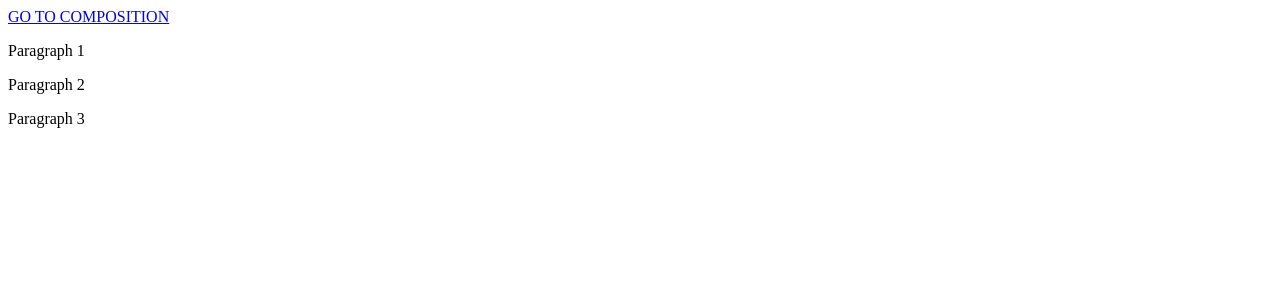
Repository: steil881/steil881.github.io
Page: composition/index.html
The author's editor kept a record of every edit. The page is drawn from the files as they stood at one moment, then again after the next edit.
The browser window is 1280 px wide. The pictures show the whole page.

Above is the page before.

### composition/index.html
<html>
    <head>
       <title>Composition</title>
    </head>
    <body>
        <a href="composition/index.html">GO TO COMPOSITION</a>
        <p>Paragraph 1</p>
        <p>Paragraph 2</p>
        <p>Paragraph 3</p>
    </body>
</html>

After the next edit:
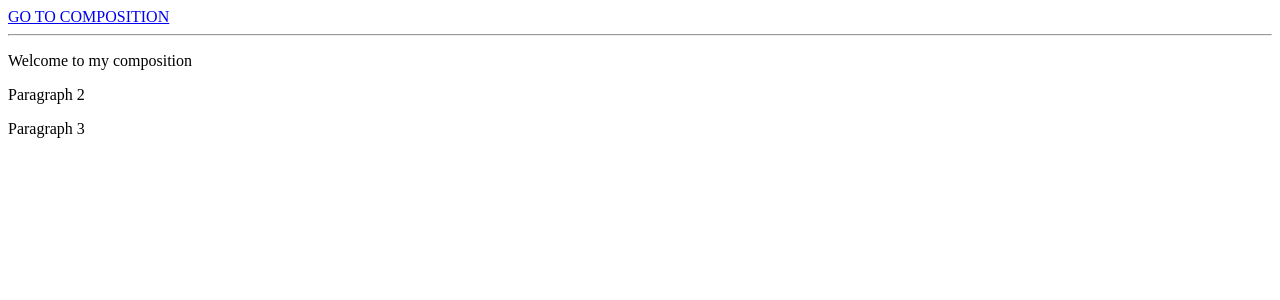
The edit:
--- a/composition/index.html
+++ b/composition/index.html
@@ -4,7 +4,9 @@
     </head>
     <body>
         <a href="composition/index.html">GO TO COMPOSITION</a>
-        <p>Paragraph 1</p>
+        <br>
+        <hr>
+        <p>Welcome to my composition</p>
         <p>Paragraph 2</p>
         <p>Paragraph 3</p>
     </body>
